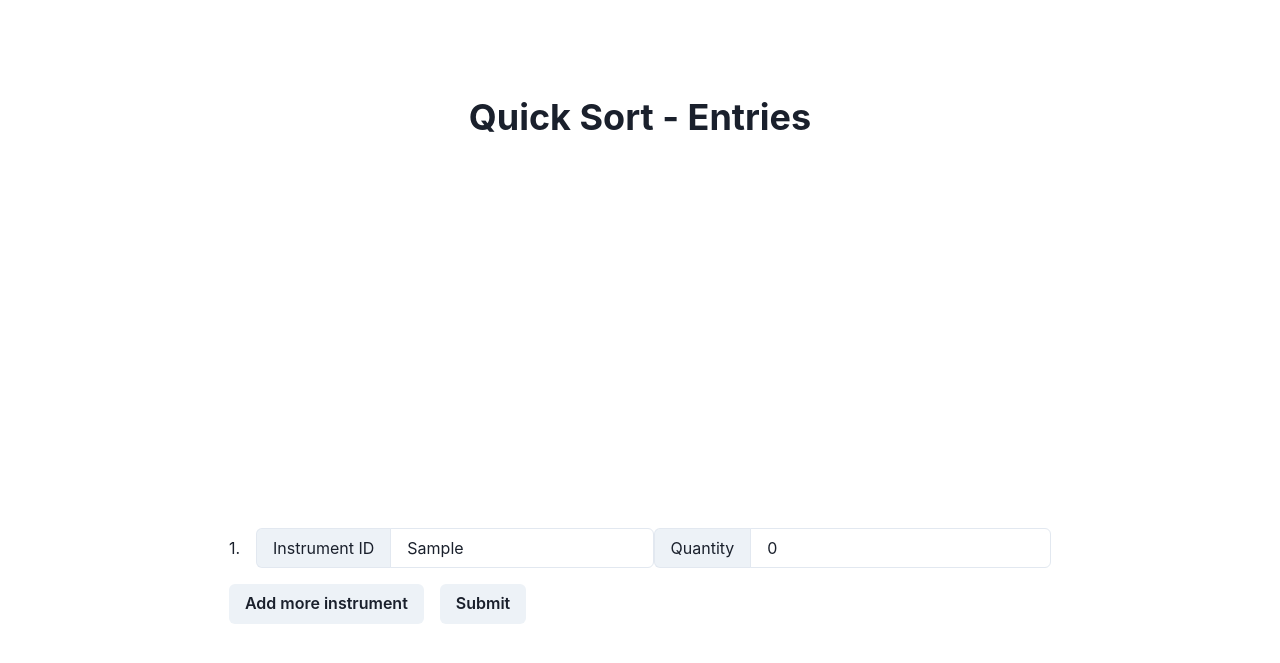
Repository: rohit-jindal18/stock-trailer
Page: /home
The author's editor kept a copy of each file at every save. The page is drawn from the files as they stood at one save, then again after the next save.
The browser window is 1280 px wide. The pictures show the whole page.
The project was rebuilt for these pictures with package versions that can differ from the ones it lists, and the page was loaded fresh each time. The framework's server and built-in components were replaced by stand-ins that run in the browser. Also part of the build but not shown: next.config.js.

Above is the page before, as saved 2023-03-14 15:05:02.

After the next save:
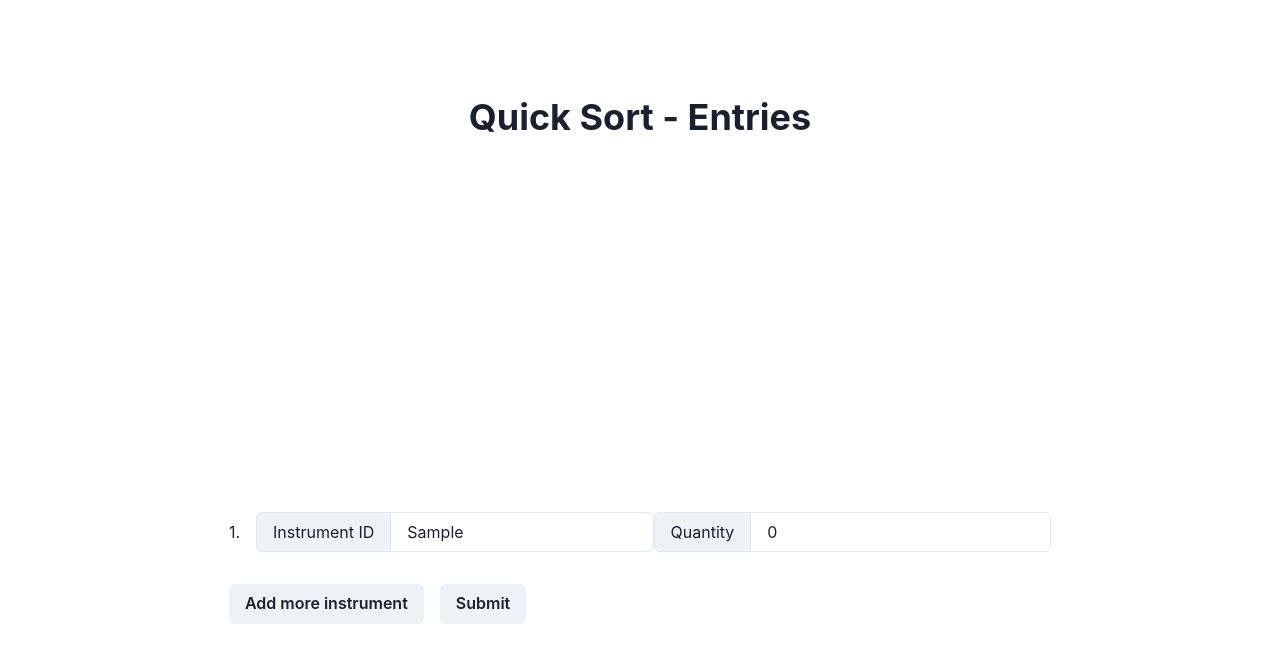
Saved 27 s later.
--- a/src/pages/home.tsx
+++ b/src/pages/home.tsx
@@ -36,7 +36,7 @@ export default function Authorize() {
           {
             instruments.map((instrument, index) => {
               return (
-                <Box display={'flex'} alignItems='center' key={`qs-${index}`} >
+                <Box marginY={'16px'} display={'flex'} alignItems='center' key={`qs-${index}`} >
                   <Text mr={'16px'}>{index + 1}.</Text>
                   <InputGroup>
                     <InputLeftAddon children='Instrument ID' />
